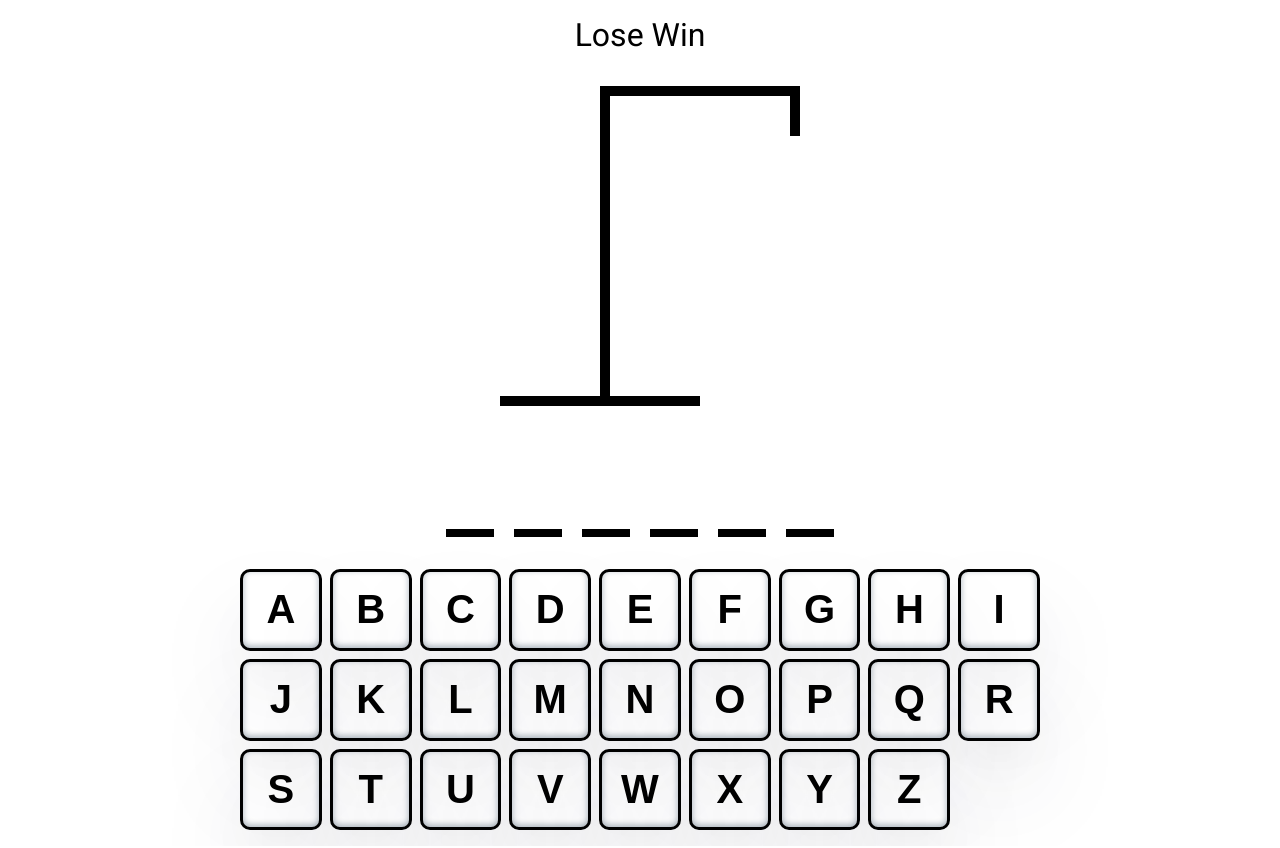
Repository: guilhermecardoso93/jogodaforca
Page: /
An editor plug-in stored every save of this project. The page is shown before and after the next save, followed by the edit.
The browser window is 1280 px wide. The pictures show the whole page.
The project was rebuilt for these pictures with package versions that can differ from the ones it lists, and the page was loaded fresh each time. Also part of the build but not shown: vite.config.ts.

Above is the page before, as saved 2022-12-06 22:22:53.

### index.html
<!DOCTYPE html>
<html lang="en">
  <head>
    <meta charset="UTF-8" />
    <link rel="icon" type="image/svg+xml" href="/vite.svg" />
    <meta name="viewport" content="width=device-width, initial-scale=1.0" />
    <link rel="preconnect" href="https://fonts.googleapis.com"><link
      rel="preconnect" href="https://fonts.gstatic.com" crossorigin><link
      href="https://fonts.googleapis.com/css2?family=Roboto:ital,wght@0,400;0,500;0,700;1,400&display=swap"
      rel="stylesheet">
    <title>Vite + React + TS</title>
  </head>
  <body>
    <div id="root"></div>
    <script type="module" src="/src/main.tsx"></script>
  </body>
</html>

### src/App.tsx
import { useCallback, useEffect, useState } from "react";
import words from "./wordList.json";

import { HangmanDrawing } from "./components/HangmanDrawing";
import { HangmanWord } from "./components/HangmanWord";
import { Keyboard } from "./components/Keyboard";

import "./App.css";

function randomWords() {
  return words[Math.floor(Math.random() * words.length)];
}

export function App() {
  const [wordToGuess, setWordToGuess] = useState(randomWords);
  const [guessedLetters, setGuessedLetters] = useState<string[]>([]);

  const incorrectLetters = guessedLetters.filter(
    (letter) => !wordToGuess.includes(letter)
  );

    const isLoser = incorrectLetters.length >= 6;
    const isWinner = wordToGuess.split('').every(letter =>
      guessedLetters.includes(letter)
      )


  const addGuessedLetter = useCallback(
    (letter: string) => {
      if (guessedLetters.includes(letter)) return;

      setGuessedLetters((currentLetters) => [...currentLetters, letter]);
    },
    [guessedLetters]
  );

  useEffect(() => {
    const handler = (e: KeyboardEvent) => {
      const key = e.key;
      if (!key.match(/^[a-z]$/)) return;

      e.preventDefault();
      addGuessedLetter(key);
    };

    document.addEventListener("keypress", handler);

    return () => {
      document.removeEventListener("keypress", handler);
    };
  }, [guessedLetters]);

  return (
    <div className="container">
      <div className="loseOrWin">Lose Win</div>

      <HangmanDrawing numberOfGuesses={incorrectLetters.length} />
      <HangmanWord guessedLetters={guessedLetters} wordToGuess={wordToGuess} />
      <div style={{ alignSelf: "stretch" }}>
        <Keyboard
          activeLetter={guessedLetters.filter((letter) =>
            wordToGuess.includes(letter)
          )}
          inactiveLetter={incorrectLetters}
          addGuessedLetter={addGuessedLetter}
        />
      </div>
    </div>
  );
}

### src/wordList.json
[
  "capaz",
  "sobre",
  "absoluto",
  "aceitar",
  "conta",
  "alcançar",
  "através",
  "ativo",
  "real",
  "Admitem",
  "anunciar",
  "afetar",
  "proporcionar",
  "depois",
  "tarde",
  "novamente",
  "contra",
  "agente",
  "aceita",
  "permitir",
  "quase",
  "já",
  "tudo bem",
  "também",
  "Apesar",
  "sempre",
  "América",
  "quantia",
  "outro",
  "responda",
  "separado",
  "aparente",
  "aparecer",
  "Aplique",
  "nomear",
  "abordagem",
  "apropriado",
  "área",
  "argumentar",
  "arranjo",
  "associado",
  "presumir",
  "participar",
  "autoridade",
  "acessível",
  "consciente",
  "horrível",
  "bebê",
  "Saldo",
  "bola",
  "banco",
  "base",
  "base",
  "urso",
  "bater",
  "beleza",
  "Porque",
  "antes da",
  "começar",
  "acreditam",
  "beneficiar",
  "melhor",
  "entre",
  "conta",
  "nascimento",
  "Preto",
  "cara",
  "sangue",
  "golpe",
  "limite",
  "linha",
  "Lista",
  "ouço",
  "pequena",
  "viver",
  "carregar",
  "local",
  "trancar",
  "Londres",
  "grandes",
  "olhar",
  "senhor",
  "perder",
  "amor",
  "sorte",
  "almoço",
  "máquina",
  "faço",
  "gerir",
  "muitos",
  "marca",
  "mercado",
  "casar",
  "Combine",
  "matéria",
  "significa",
  "significado",
  "a medida",
  "encontrar",
  "membro",
  "menção",
  "meio",
  "poderia",
  "milha",
  "ouvir",
  "coração",
  "aquecer",
  "pesado",
  "inferno",
  "ajuda",
  "aqui",
  "Alto",
  "história",
  "aguarde",
  "feriado",
  "casa",
  "honesto",
  "esperança",
  "cavalo",
  "hospital",
  "hora",
  "lar",
  "Contudo",
  "olá",
  "centenas",
  "esposo",
  "idéia",
  "identificar",
  "Imagine",
  "importante",
  "melhorar",
  "incluir",
  "renda",
  "aumentar",
  "na verdade",
  "Individual",
  "indústria",
  "informar",
  "garantir",
  "interesse",
  "em",
  "introduzir",
  "investir",
  "envolver",
  "questão",
  "item",
  "Jesus",
  "Junte",
  "juiz",
  "pular",
  "apenas",
  "guarda",
  "matar",
  "Gentil",
  "rei",
  "cozinha",
  "bater",
  "conhecer",
  "trabalho",
  "senhora",
  "terra",
  "Língua",
  "ampla",
  "último",
  "tarde",
  "riso",
  "conduzir",
  "aprender",
  "sair",
  "deixei",
  "menos",
  "carta",
  "nível",
  "vida",
  "leve",
  "Curti",
  "provável",
  "cinco",
  "apartamento",
  "piso",
  "Segue",
  "Comida",
  "pé",
  "força",
  "esquecer",
  "Formato",
  "fortuna",
  "frente",
  "quatro",
  "França",
  "gratuitamente",
  "amigo",
  "a partir de",
  "frente",
  "cheio",
  "função",
  "fundo",
  "futuro",
  "jogos",
  "jardim",
  "em geral",
  "Alemanha",
  "menina",
  "dar",
  "vidro",
  "Boa",
  "adeus",
  "governo",
  "grande",
  "conceder",
  "excelente",
  "verde",
  "chão",
  "grupo",
  "crescer",
  "acho",
  "cabelo",
  "metade",
  "corredor",
  "mão",
  "pendurar",
  "acontecer",
  "feliz",
  "duro",
  "odiar",
  "tenho",
  "cabeça",
  "saúde"
]

### src/components/HangmanDrawing.tsx
const HEAD = (
  <div
    style={{
      width: "50px",
      height: "50px",
      borderRadius: "100%",
      border: "10px solid black",
      position: "absolute",
      top: "49px",
      right: "-20px",
    }}
  />
);

const BODY = (
  <div
    style={{
      width: "10px",
      height: "100px",
      background: "black",
      position: "absolute",
      top: "90px",
      right: 0,
    }}
  />
);

const RIGHT_ARM = (
  <div
    style={{
      width: "100px",
      height: "10px",
      background: "black",
      position: "absolute",
      top: "120px",
      right: "-100px",
      rotate: "-30deg",
      transformOrigin: "left bottom",
    }}
  />
);

const LEFT_ARM = (
  <div
    style={{
      width: "100px",
      height: "10px",
      background: "black",
      position: "absolute",
      top: "120px",
      right: "10px",
      rotate: "30deg",
      transformOrigin: "right bottom",
    }}
  />
);

const RIGHT_LEG = (
  <div
    style={{
      width: "100px",
      height: "10px",
      background: "black",
      position: "absolute",
      top: "180px",
      right: "-90px",
      rotate: "60deg",
      transformOrigin: "left bottom",
    }}
  />
);

const LEFT_LEG = (
  <div
    style={{
      width: "100px",
      height: "10px",
      background: "black",
      position: "absolute",
      top: "180px",
      right: 0,
      rotate: "-60deg",
      transformOrigin: "right bottom",
    }}
  />
);

const BODY_PARTS = [HEAD, BODY, RIGHT_ARM, LEFT_ARM, RIGHT_LEG, LEFT_LEG];

type HangmanDrawingProps = {
  numberOfGuesses: number;
};

export function HangmanDrawing({ numberOfGuesses }: HangmanDrawingProps) {
  return (
    <div style={{ position: "relative" }}>
      {BODY_PARTS.slice(0, numberOfGuesses)}
      <div
        style={{
          height: "50px",
          width: "10px",
          background: "black",
          position: "absolute",
          top: 0,
          right: 0,
        }}
      />
      <div
        style={{
          height: "10px",
          width: "200px",
          background: "black",
          marginLeft: "120px",
        }}
      />
      <div
        style={{
          height: "300px",
          width: "10px",
          background: "black",
          marginLeft: "120px",
        }}
      />
      <div
        style={{
          height: "10px",
          width: "200px",
          marginLeft: "20px",
          background: "black",
        }}
      />
    </div>
  );
}

### src/components/HangmanWord.tsx
import "../App.css";

type HangmanWordProps = {
  guessedLetters: string[];
  wordToGuess: string;
  reveal?: boolean;
};

export function HangmanWord({
  guessedLetters,
  wordToGuess,
  reveal = false,
}: HangmanWordProps) {
  return (
    <div className="HangmanWordContainer">
      {wordToGuess.split("").map((letter, index) => (
        <span style={{ borderBottom: ".1em solid black" }} key={index}>
          <span
            style={{
              visibility:
                guessedLetters.includes(letter) || reveal
                  ? "visible"
                  : "hidden",
            }}
          >
            {letter}
          </span>
        </span>
      ))}
    </div>
  );
}

### src/components/Keyboard.tsx
import styles from "./Keyboard.module.css";
const KEYS = [
  "a",
  "b",
  "c",
  "d",
  "e",
  "f",
  "g",
  "h",
  "i",
  "j",
  "k",
  "l",
  "m",
  "n",
  "o",
  "p",
  "q",
  "r",
  "s",
  "t",
  "u",
  "v",
  "w",
  "x",
  "y",
  "z",
];

type KeyboardProps = {
  activeLetter: string[];
  inactiveLetter: string[];
  addGuessedLetter: (letter: string) => void;
};

export function Keyboard({
  activeLetter,
  inactiveLetter,
  addGuessedLetter,
}: KeyboardProps) {
  return (
    <div className={styles.KeyboardContainer}>
      {KEYS.map((key) => {
        const isActive = activeLetter.includes(key);
        const isInactive = inactiveLetter.includes(key);
        return (
          <button
            onClick={() => addGuessedLetter(key)}
            key={key}
            className={`
              ${styles.btn} ${isActive ? styles.active : ""}
              ${styles.btn} ${isInactive ? styles.inactive : ""}
            `}
            disabled={isInactive || isActive }
          >
            {key}
          </button>
        );
      })}
    </div>
  );
}

### src/App.css
* {
  margin: 0;
  passing: 0;
  box-sizing: border-box;
}

body {
  margin: 1rem;
}

.container {
  max-width: 800px;
  display: flex;
  flex-direction: column;
  gap: 2rem;
  margin: 0 auto;
  align-items: center;
  justify-content: center;
  font-family: "Roboto", sans-serif;
}

.loseOrWin {
  font-size: 2rem;
  text-align: center;
}

.HangmanWordContainer {
  display: flex;
  gap: 0.25em;
  font-size: 5rem;
  font-weight: bold;
  text-transform: uppercase;
  font-family: monospace, sans-serif;
}

.HangmanWordContainer > span {
  border-bottom: 1rem solid black;
  font-family: monospace, sans-serif;
}

.HangmanWordContainer .invisibleLetter {
  visibility: hidden;
  font-family: monospace, sans-serif;
}

### src/components/Keyboard.module.css
.KeyboardContainer {
  display: grid;
  grid-template-columns: repeat(auto-fit, minmax(75px, 1fr));
  gap: 0.5rem;
  align-itens: center;
}

.btn {
  width: 100%;
  border: 3px solid black;
  background: none;
  aspect-ratio: 1 / 1;
  font-size: 2.5rem;
  text-transform: uppercase;
  padding: 0.5rem;
  font-weight: bold;
  cursor: pointer;
  color: black;
  border-radius: 10px;
  box-shadow: rgba(50, 50, 93, 0.25) 0px 50px 100px -20px,
    rgba(0, 0, 0, 0.3) 0px 30px 60px -30px,
    rgba(10, 37, 64, 0.35) 0px -2px 6px 0px inset;
}

.btn.active {
  background-color: hsl(200, 100%, 50%);
  color: white;
}

.btn.inactive {
  opacity: 0.3;
}

.btn:hover:not(:disabled),
.btn:focus:not(:disabled) {
  background-color: hsl(200, 100%, 75%);
}

Loaded but not shown: src/main.tsx (common file)

After the next save:
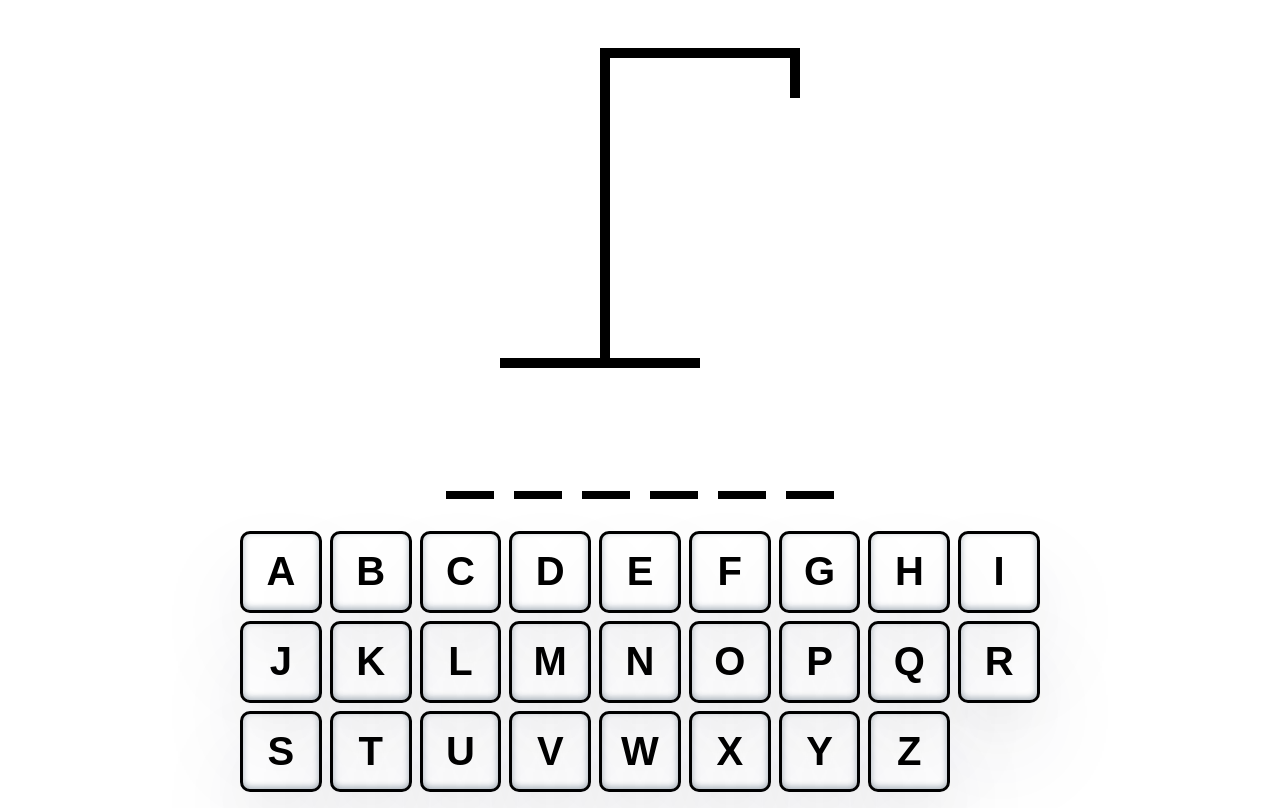
Saved 109 s later.
--- a/src/App.tsx
+++ b/src/App.tsx
@@ -19,11 +19,10 @@ export function App() {
     (letter) => !wordToGuess.includes(letter)
   );
 
-    const isLoser = incorrectLetters.length >= 6;
-    const isWinner = wordToGuess.split('').every(letter =>
-      guessedLetters.includes(letter)
-      )
-
+  const isLoser = incorrectLetters.length >= 6;
+  const isWinner = wordToGuess
+    .split("")
+    .every((letter) => guessedLetters.includes(letter));
 
   const addGuessedLetter = useCallback(
     (letter: string) => {
@@ -52,7 +51,10 @@ export function App() {
 
   return (
     <div className="container">
-      <div className="loseOrWin">Lose Win</div>
+      <div className="loseOrWin">
+        {isWinner && "Ganhou! Recarregue a Página para jogar novamente(F5)!"}
+        {isLoser && "Perdeu! Recarregue a Página para jogar novamente(F5)!"}
+      </div>
 
       <HangmanDrawing numberOfGuesses={incorrectLetters.length} />
       <HangmanWord guessedLetters={guessedLetters} wordToGuess={wordToGuess} />
